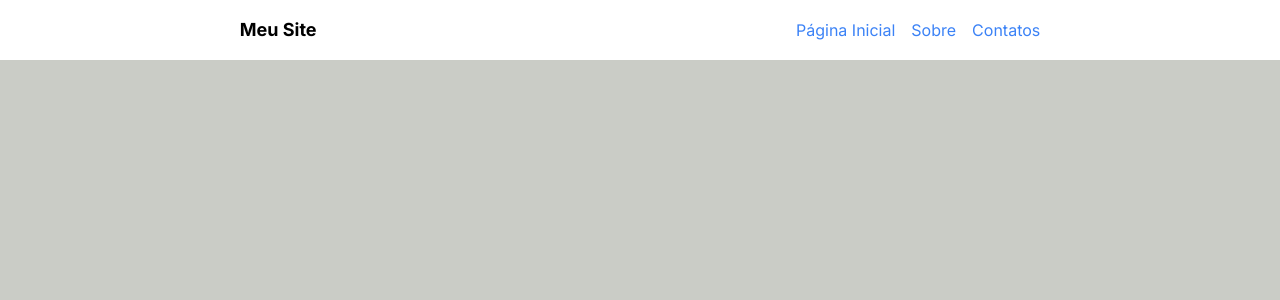
Repository: Deyvid-Kasteh/kasteh_portfolio
Page: /
These files come from the project's save history. The page is drawn as it stood at one moment and after a run of saves; the edit follows.
The browser window is 1280 px wide. The pictures show the whole page.
The project was rebuilt for these pictures with package versions that can differ from the ones it lists, and the page was loaded fresh each time. The framework's server and built-in components were replaced by stand-ins that run in the browser. Also part of the build but not shown: next.config.mjs.

Above is the page before, as saved 2024-03-24 02:07:04.

### src/app/layout.tsx
import type { Metadata } from "next";
import { Inter } from "next/font/google";
import "./globals.css";

const inter = Inter({ subsets: ["latin"] });

export const metadata: Metadata = {
  title: "Create Next App",
  description: "Generated by create next app",
};

export default function RootLayout({
  children,
}: Readonly<{
  children: React.ReactNode;
}>) {
  return (
    <html lang="pt-br">
      <body className={`bg-customGrayBG ${inter.className}`}>{children}</body>
    </html>
  );
}

### src/app/page.tsx
import Header from "./components/header";

export default function Home() {
  return (
    <>
      <Header />
      <main></main>
      <footer></footer>
    </>
    // <main className="bg-neutral-200 flex min-h-screen flex-col items-center justify-between p-24">

    // </main>
  );
}

### src/app/globals.css
@tailwind base;
@tailwind components;
@tailwind utilities;

:root {
  --foreground-rgb: 0, 0, 0;
  --background-start-rgb: 214, 219, 220;
  --background-end-rgb: 0, 0, 0;
}

/* @media (prefers-color-scheme: dark) {
  :root {
    --foreground-rgb: 255, 255, 255;
    --background-start-rgb: 0, 0, 0;
    --background-end-rgb: 0, 0, 0;
  }
} */

body {
  color: rgb(var(--foreground-rgb));
  /* background: linear-gradient(
      to bottom,
      transparent,
      rgb(var(--background-end-rgb))
    )
    rgb(var(--background-start-rgb)); */
}



@layer utilities {
  .text-balance {
    text-wrap: balance;
  }
}

### src/app/components/header.tsx
import React from "react";

const Header: React.FC = () => {
  return (
    <header className="flex justify-around items-center py-4 bg-white">
      <h1 className="text-lg font-bold">Meu Site</h1>
      <nav>
        <ul className="flex space-x-4">
          <li>
            <a href="#" className="text-blue-500 hover:text-blue-700">
              Página Inicial
            </a>
          </li>
          <li>
            <a href="#" className="text-blue-500 hover:text-blue-700">
              Sobre
            </a>
          </li>
          <li>
            <a href="#" className="text-blue-500 hover:text-blue-700">
              Contatos
            </a>
          </li>
        </ul>
      </nav>
    </header>
  );
};

export default Header;

### tailwind.config.ts
import type { Config } from "tailwindcss";

const config: Config = {
  content: [
    "./src/pages/**/*.{js,ts,jsx,tsx,mdx}",
    "./src/components/**/*.{js,ts,jsx,tsx,mdx}",
    "./src/app/**/*.{js,ts,jsx,tsx,mdx}",
  ],
  theme: {
    extend: {
      backgroundImage: {
        "gradient-radial": "radial-gradient(var(--tw-gradient-stops))",
        "gradient-conic":
          "conic-gradient(from 180deg at 50% 50%, var(--tw-gradient-stops))",
      },
      colors: {
        customGrayBG: "#CACCC6", // Definindo o background color
        customGrayComponents: "#CACCC6",
      },
    },
  },
  plugins: [],
};
export default config;

After the next 2 saves:
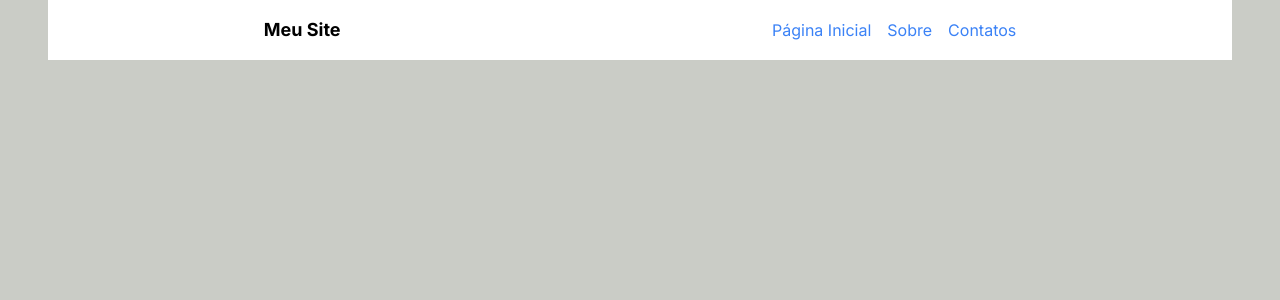
The 2 saves are shown as one change because they came seconds apart.
The last was saved 3 min 31 s later.
--- a/src/app/layout.tsx
+++ b/src/app/layout.tsx
@@ -16,7 +16,11 @@ export default function RootLayout({
 }>) {
   return (
     <html lang="pt-br">
-      <body className={`bg-customGrayBG ${inter.className}`}>{children}</body>
+      <body
+        className={`bg-customGrayBG ${inter.className} px-4 sm:px-6 md:px-8 lg:px-10 xl:px-12`}
+      >
+        {children}
+      </body>
     </html>
   );
 }
